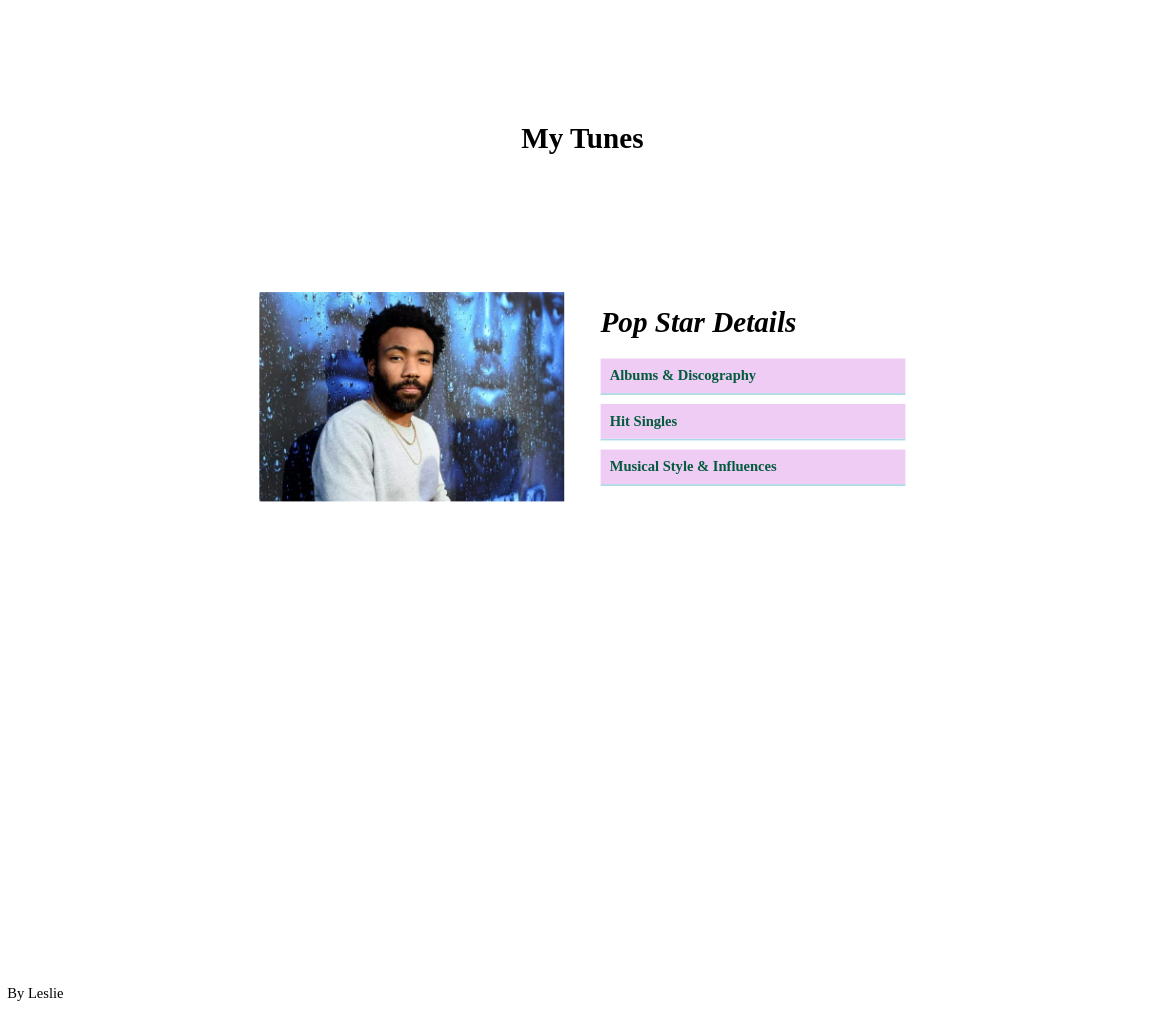
Repository: leslie179/labOne
Page: /
These files come from the project's save history. The page is drawn as it stood at one moment and after a run of saves; the edit follows.
The browser window is 1280 px wide. The pictures show the whole page, at 91% of full size.
The project was rebuilt for these pictures with package versions that can differ from the ones it lists, and the page was loaded fresh each time. The framework's server and built-in components were replaced by stand-ins that run in the browser. Also part of the build but not shown: next.config.js, components/Footer/Footer.module.css.

Above is the page before, as saved 2024-09-15 22:43:36.

After the next 2 saves:
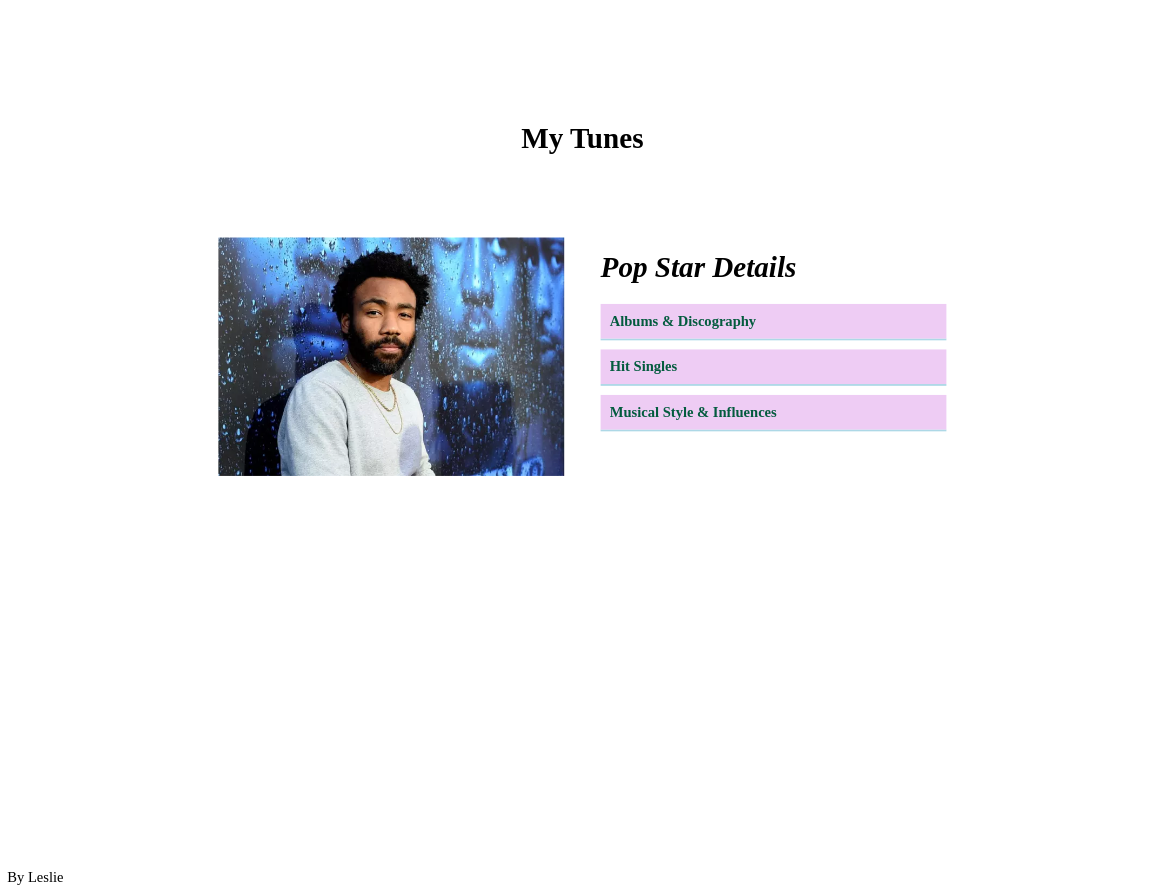
The 2 saves are shown as one change because they came seconds apart.
The last was saved 54 s later.
--- a/styles/Home.module.css
+++ b/styles/Home.module.css
@@ -3,7 +3,7 @@
   flex-direction: column;
   justify-content: space-between;
   align-items: center;
-  padding: 6rem;
+  padding: 2rem;
   min-height: 20vh;
 }
 
